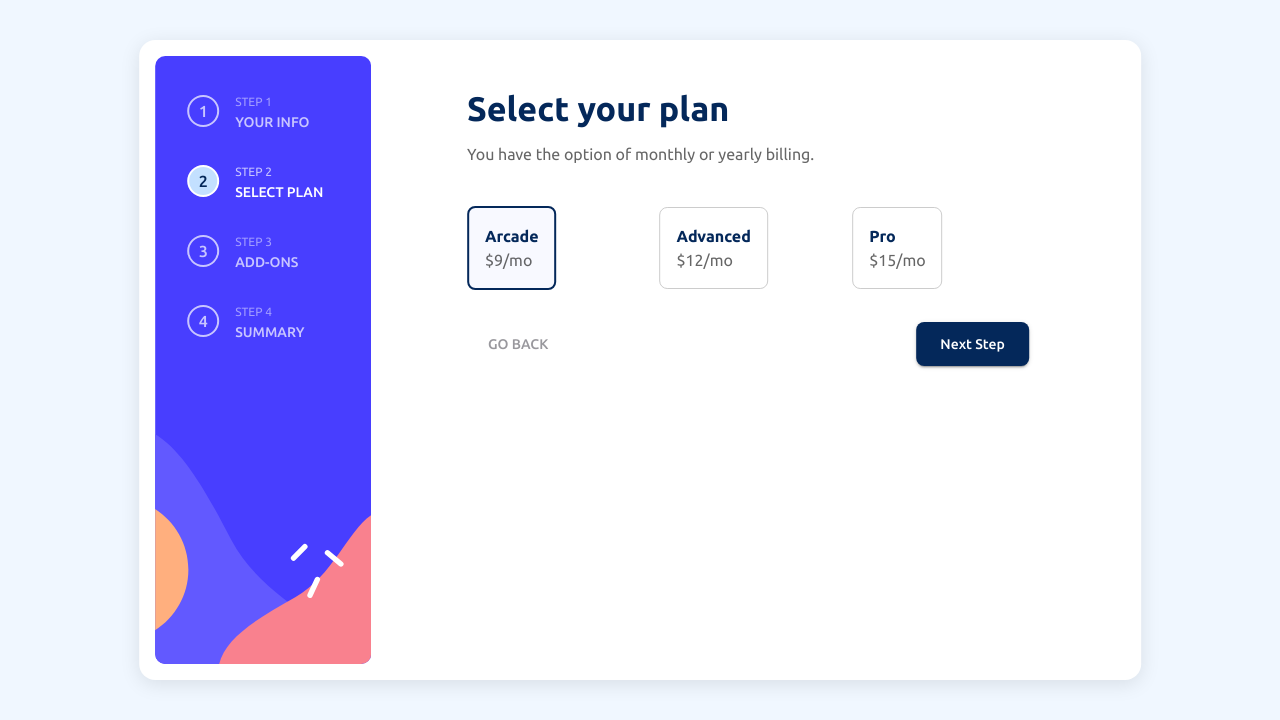
Repository: ozerrrs/chalange7days
Page: / (app in 7dayschalange/7dayschallange/), after clicking the first element matching `button.MuiButtonBase-root`
These files come from the project's save history. The page is drawn as it stood at one moment and after the next save; the edit follows.
The browser window is 1280 px wide. The pictures show the whole page.
The project was rebuilt for these pictures with package versions that can differ from the ones it lists, and the page was loaded fresh each time. Also part of the build but not shown: 7dayschalange/7dayschallange/vite.config.js.

Above is the page before, as saved 2025-03-05 15:28:36.

After the next save:
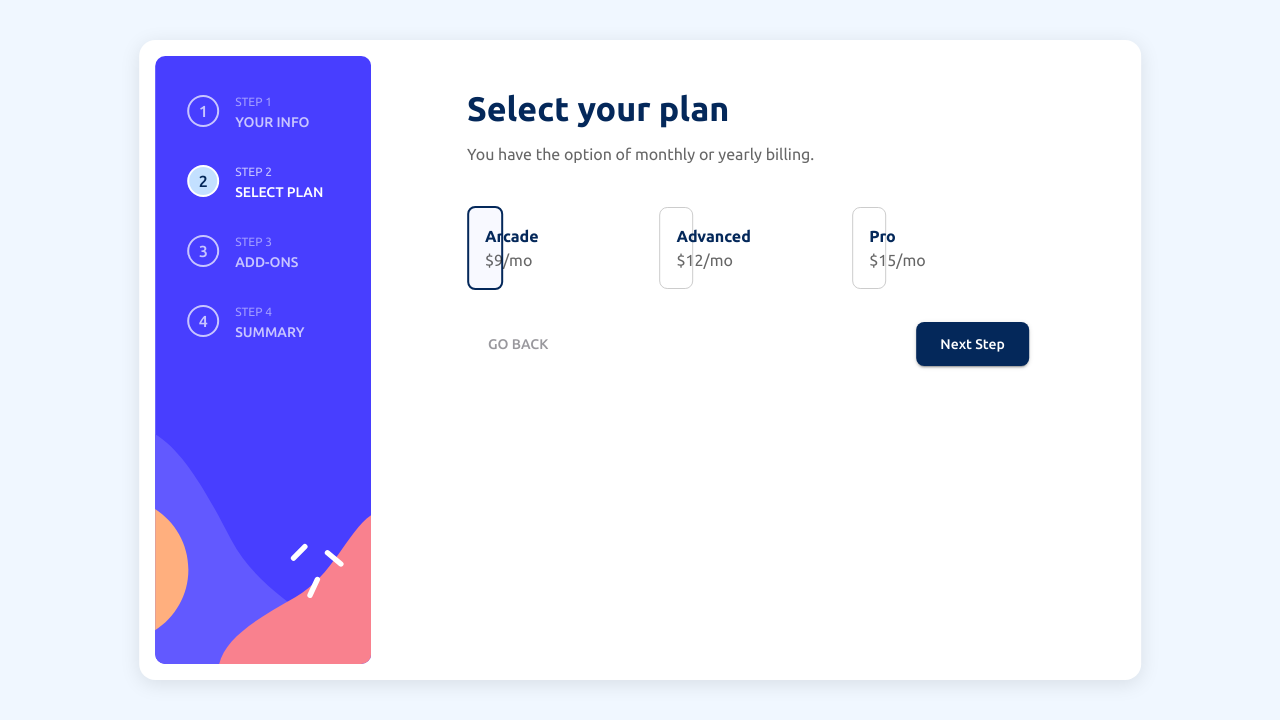
Saved 76 s later.
--- a/7dayschalange/7dayschallange/src/pages/firstPage.jsx
+++ b/7dayschalange/7dayschallange/src/pages/firstPage.jsx
@@ -104,6 +104,7 @@ const PlanCard = styled(Box)(({ theme, selected }) => ({
   border: selected ? "2px solid #04285a" : "1px solid #ccc",
   backgroundColor: selected ? "#f8f9ff" : "transparent",
   cursor: "pointer",
+  width: "30%",
   transition: "all 0.2s ease-in-out",
   display: "flex",
   "&:hover": {
